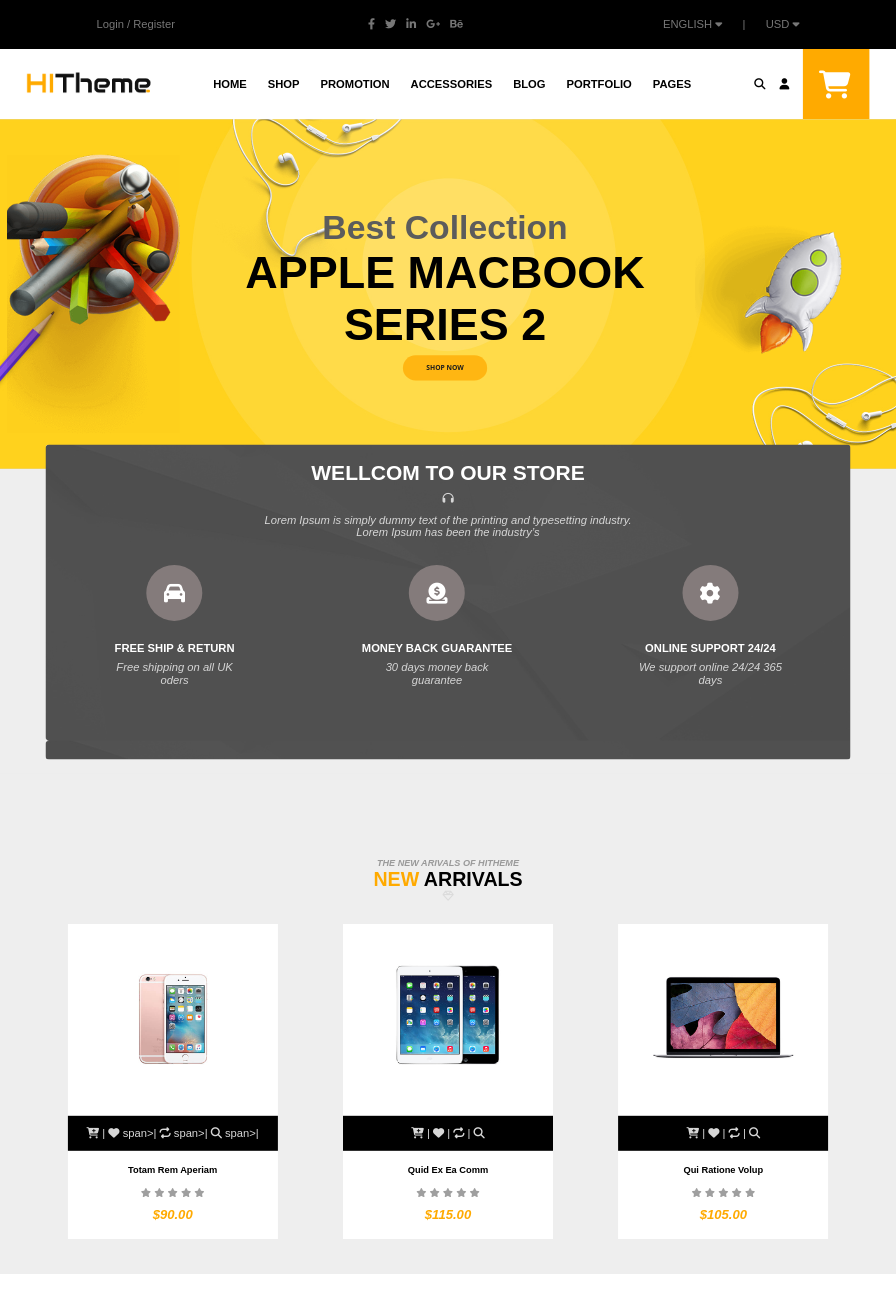
Repository: Thach1311/DU-AN-WEB-BAN-HANG-
Page: WEB BAN HANG/index1.html
An editor plug-in stored every save of this project. The page is shown before and after the next save, followed by the edit.
The browser window is 1280 px wide. The pictures show the whole page, at 70% of full size.

Above is the page before, as saved 2023-02-25 09:07:09.

After the next save:
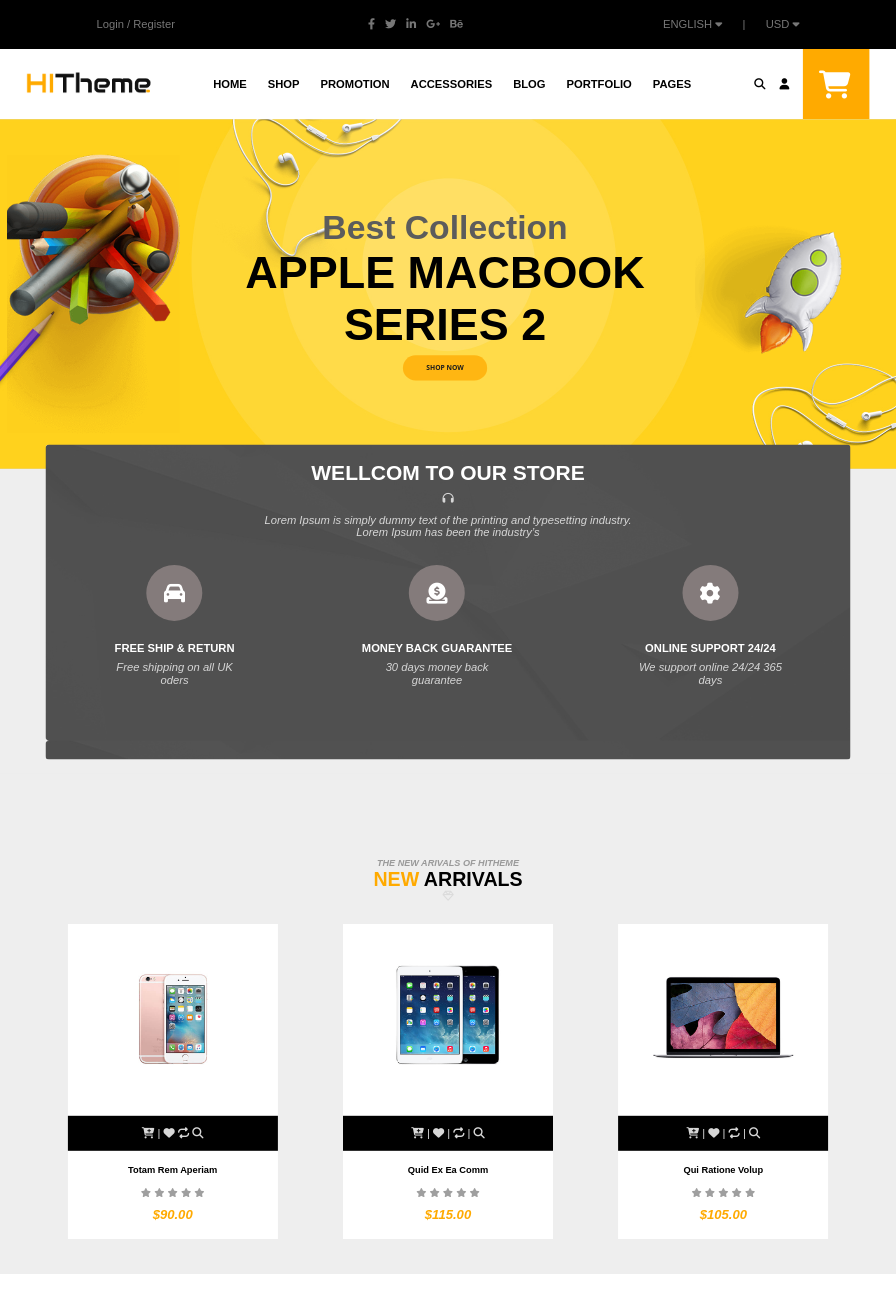
Saved 3 s later.
--- a/WEB BAN HANG/index1.html
+++ b/WEB BAN HANG/index1.html
@@ -520,9 +520,9 @@
                    <div class="main2__form-card">
                         <div class="main2__form-more">
                             <i class="fa-sharp fa-solid fa-cart-plus"></i> <span>|</span>
-                            <i class="fa-solid fa-heart"></i>  span>|</span>
-                            <i class="fa-sharp fa-solid fa-repeat"></i>  span>|</span>
-                            <i class="fa-solid fa-magnifying-glass"></i> span>|</span>
+                            <i class="fa-solid fa-heart"></i>
+                            <i class="fa-sharp fa-solid fa-repeat"></i>
+                            <i class="fa-solid fa-magnifying-glass"></i>
                         </div>
                    </div>
                     <div class="main2__form-infor">
